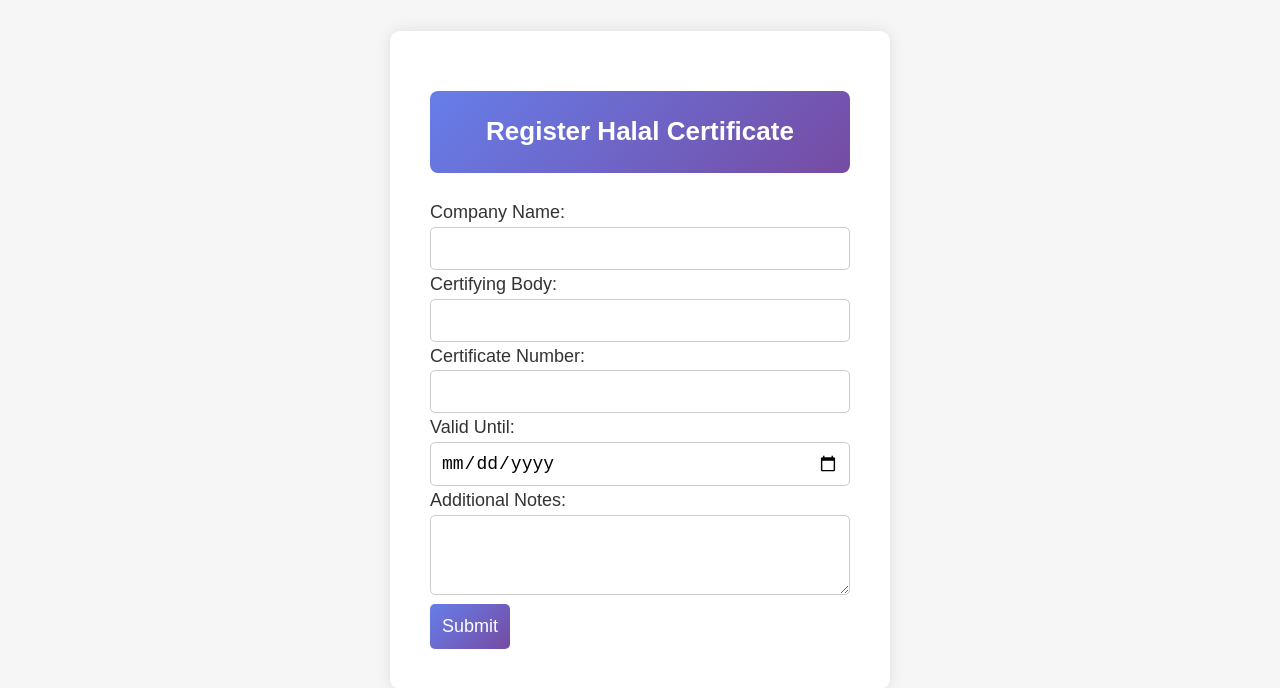
Repository: HarrishPanicker1/Blockchain_Group_AI_Assignment
Page: frontend/adding_halal_certification.html
The author's editor kept a copy of each file at every save. The page is drawn from the files as they stood at one save, then again after the next save.
The browser window is 1280 px wide. The pictures show the whole page.

Above is the page before, as saved 2025-06-16 00:25:54.

After the next save:
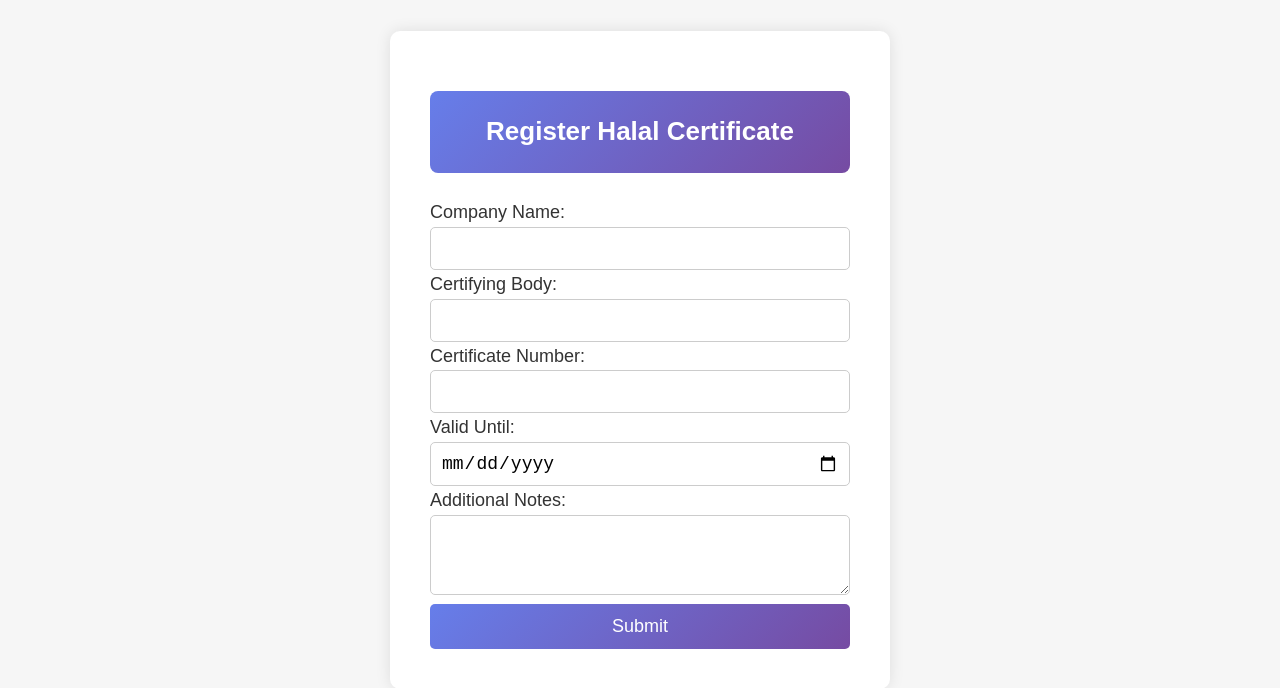
Saved 4 min 22 s later.
--- a/frontend/adding_halal_certification.html
+++ b/frontend/adding_halal_certification.html
@@ -28,7 +28,13 @@
       <label for="notes">Additional Notes:</label>
       <textarea id="notes"></textarea>
 
-      <button type="submit">Submit</button>
+      <form id="halalForm">
+  <!-- form inputs -->
+  <button type="submit">Submit</button>
+</form>
+
+<p id="confirmation"></p>
+
     </form>
   </div>
 

After the 4 saves that followed:
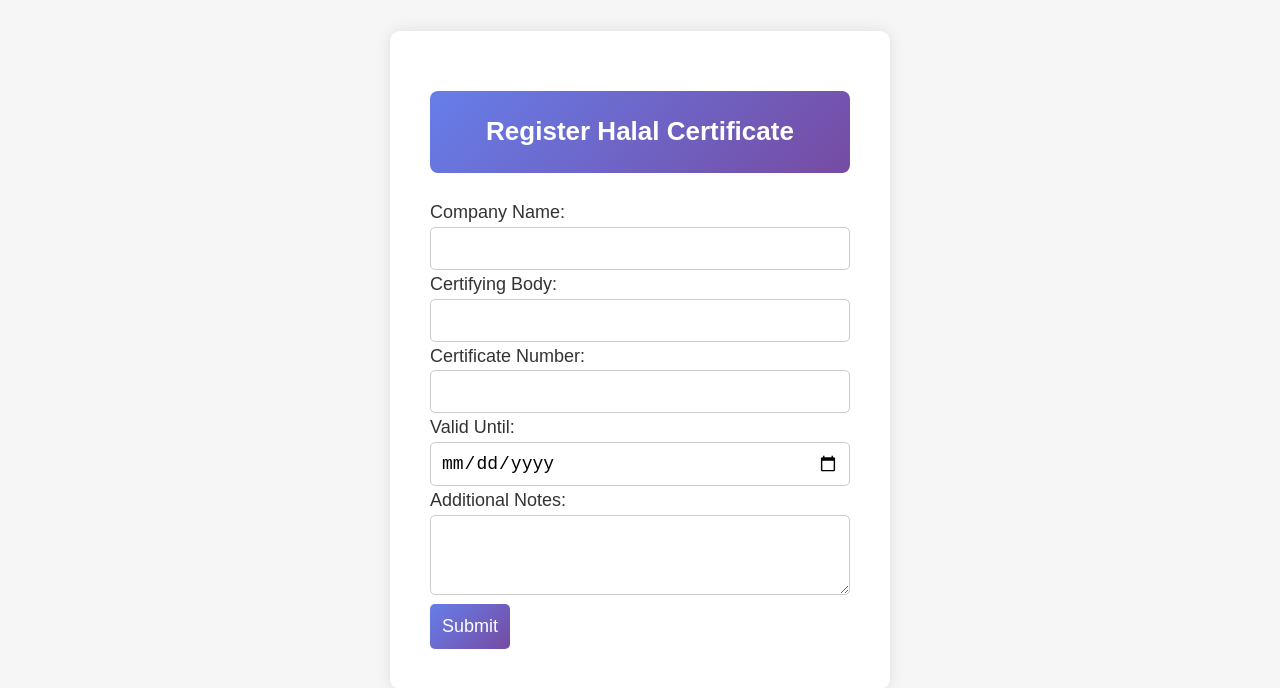
The 4 saves are shown as one change because 1 left the picture as it was and some came seconds apart.
The last was saved 14 s later.
--- a/frontend/adding_halal_certification.html
+++ b/frontend/adding_halal_certification.html
@@ -28,10 +28,8 @@
       <label for="notes">Additional Notes:</label>
       <textarea id="notes"></textarea>
 
-      <form id="halalForm">
-  <!-- form inputs -->
-  <button type="submit">Submit</button>
-</form>
+       <button type="submit">Submit</button>
+        </form>
 
 <p id="confirmation"></p>
 
